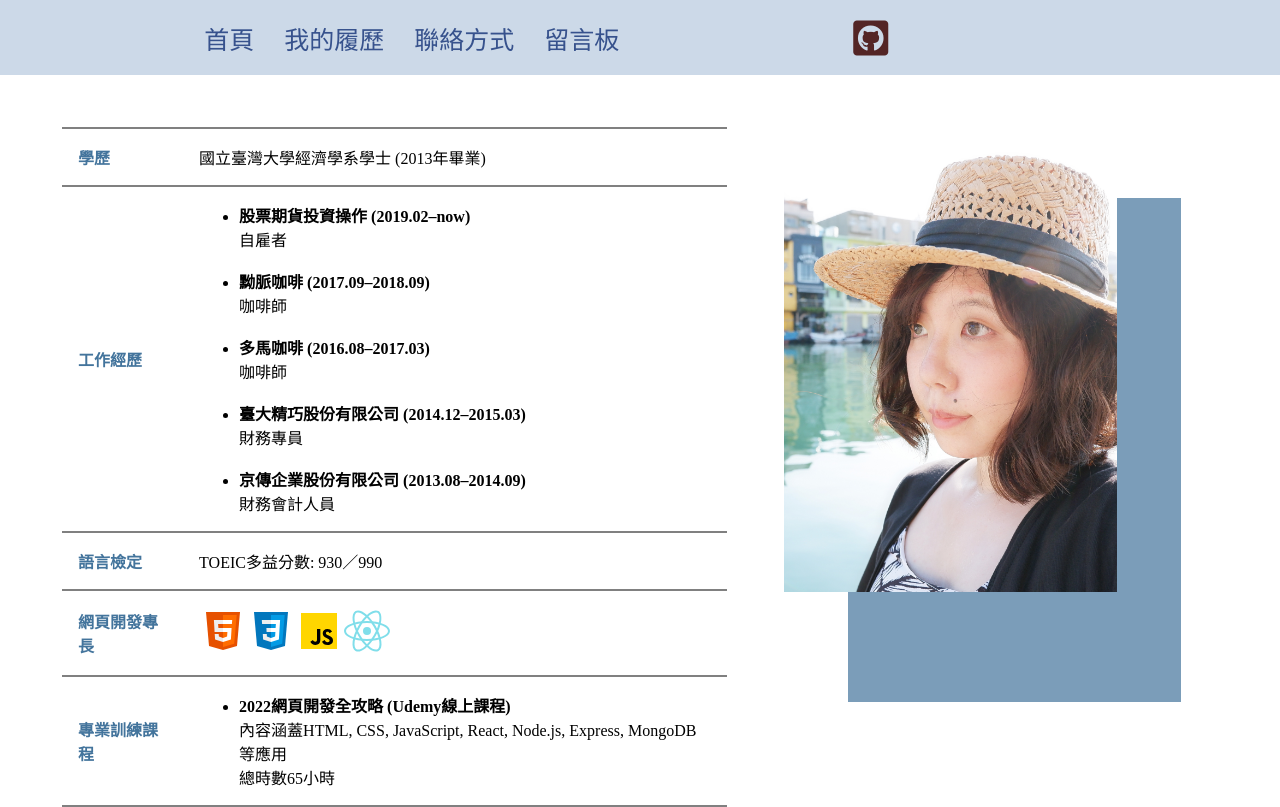
Repository: lcjyc/portfolio-website
Page: /resume
An editor plug-in stored every save of this project. The page is shown before and after the next save, followed by the edit.
The browser window is 1280 px wide. The pictures show the whole page.
The project was rebuilt for these pictures with package versions that can differ from the ones it lists, and the page was loaded fresh each time. Also part of the build but not shown: src/pages/home/home.css, src/pages/home/Home.jsx, src/pages/contact/contact.css, src/pages/contact/Contact.jsx.

Above is the page before, as saved 2022-08-20 09:41:05.

After the next save:
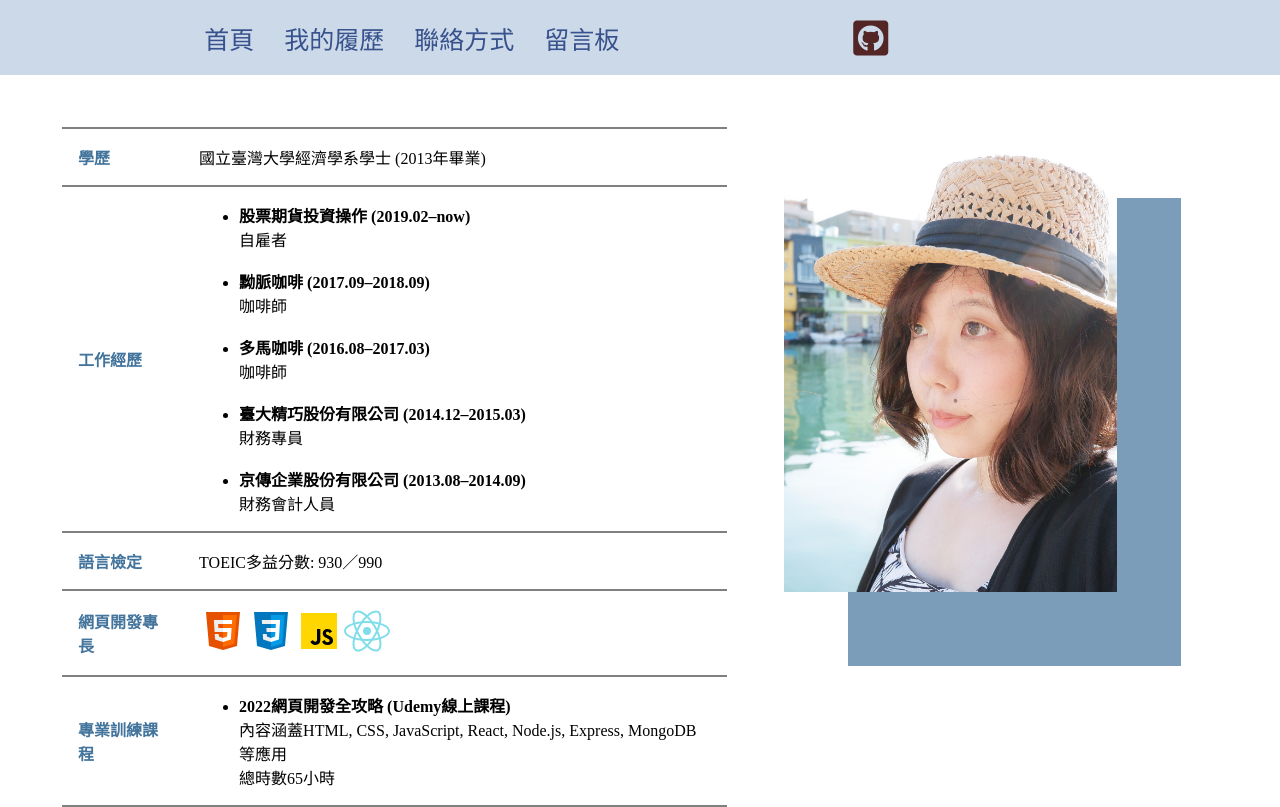
Saved 10 s later.
--- a/src/pages/resume/resume.css
+++ b/src/pages/resume/resume.css
@@ -54,7 +54,7 @@
 
 .Rectangle {
   width: 26vw;
-  height: 70vh;
+  height: 65vh;
   background-color: rgb(67, 116, 156, 0.7);
   position: absolute;
   top: 14vh;
